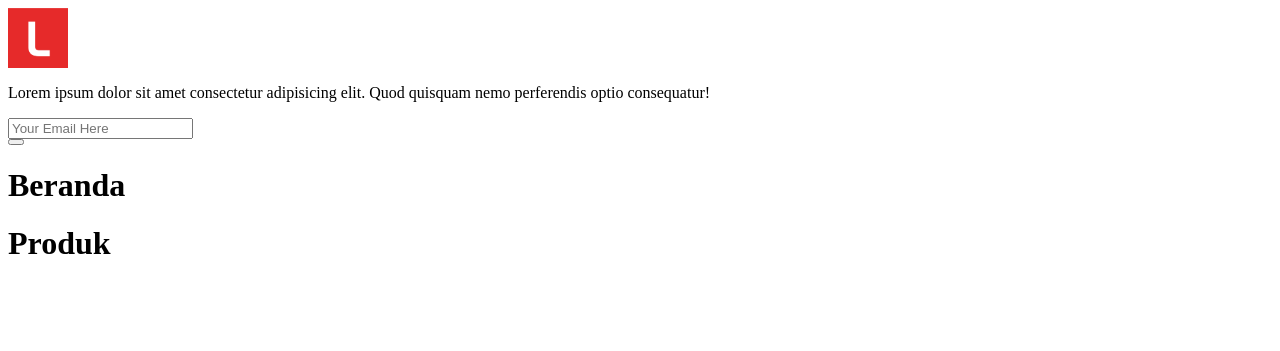
Repository: khulqu15/lelangyuk
Page: resources/views/livewire/components/footer.blade.php
An editor plug-in stored every save of this project. The page is shown before and after the next save, followed by the edit.
The browser window is 1280 px wide. The pictures show the whole page.
The page is served by the project's Laravel application, run on PHP 8.4 with Laravel 8. The template is opened directly, without the code that normally fills it, so the values that code supplies are empty.

Above is the page before, as saved 2021-02-15 16:46:46.

After the next save:
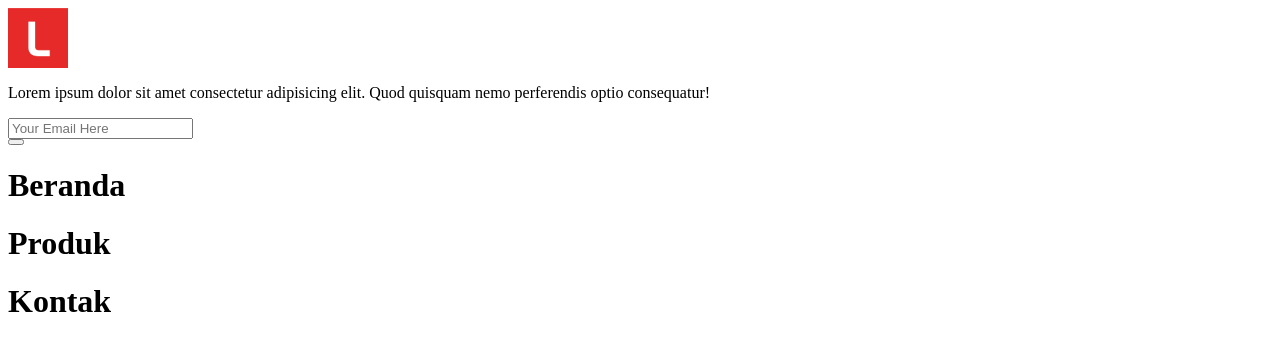
Saved 16 s later.
--- a/resources/views/livewire/components/footer.blade.php
+++ b/resources/views/livewire/components/footer.blade.php
@@ -31,6 +31,12 @@
                             <i class="fas fa-arrow-left"></i>
                         </span>
                     </h1>
+                    <h1 class="menu-footer my-3 d-block viga position-relative">
+                        <span class="menu-title">Kontak</span>
+                        <span class="icon">
+                            <i class="fas fa-arrow-left"></i>
+                        </span>
+                    </h1>
                 </div>
             </div>
         </div>
